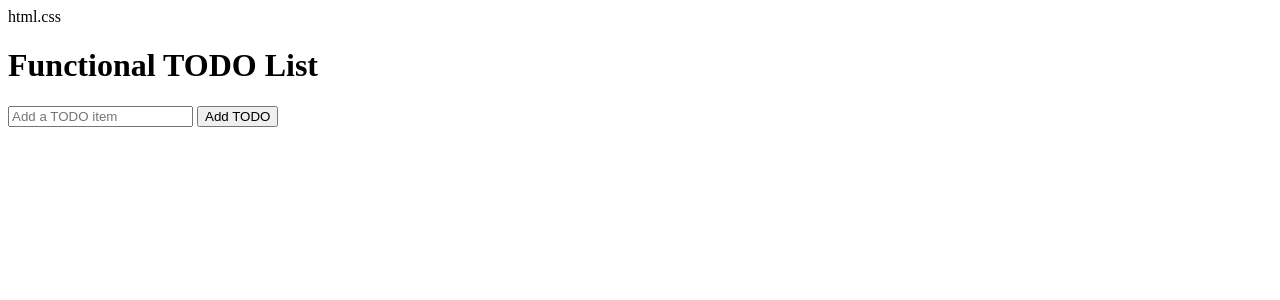
Repository: KingBoyMaylow/Assignment
Page: index.html
These files come from the project's save history. The page is drawn as it stood at one moment and after a run of saves; the edit follows.
The browser window is 1280 px wide. The pictures show the whole page.

Above is the page before, as saved 2024-04-30 12:37:47.

After the next 2 saves:
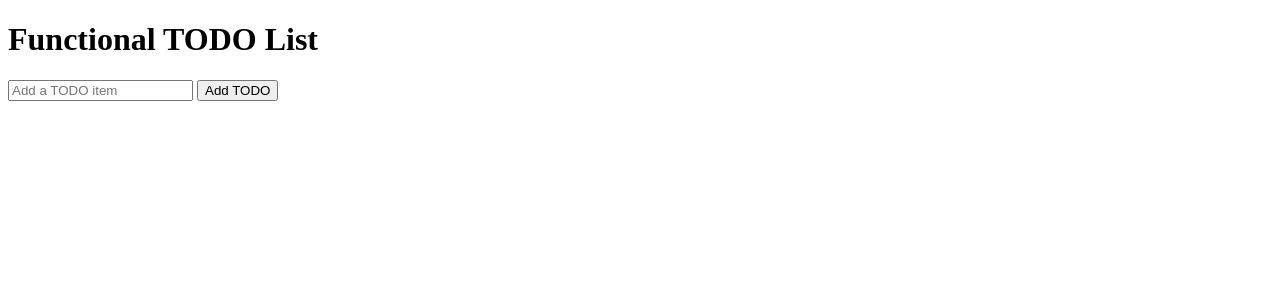
The 2 saves are shown as one change because they came seconds apart.
The last was saved 13 s later.
--- a/index.html
+++ b/index.html
@@ -1,7 +1,7 @@
 <!DOCTYPE html>
 <html lang="en">
 <head>
-<meta charset="UTF-8"><html>html.css</html>
+<meta charset="UTF-8">
 <meta name="viewport" content="width=device-width, initial-scale=1.0">
 <title>Functional TODO List</title>
 </head>
